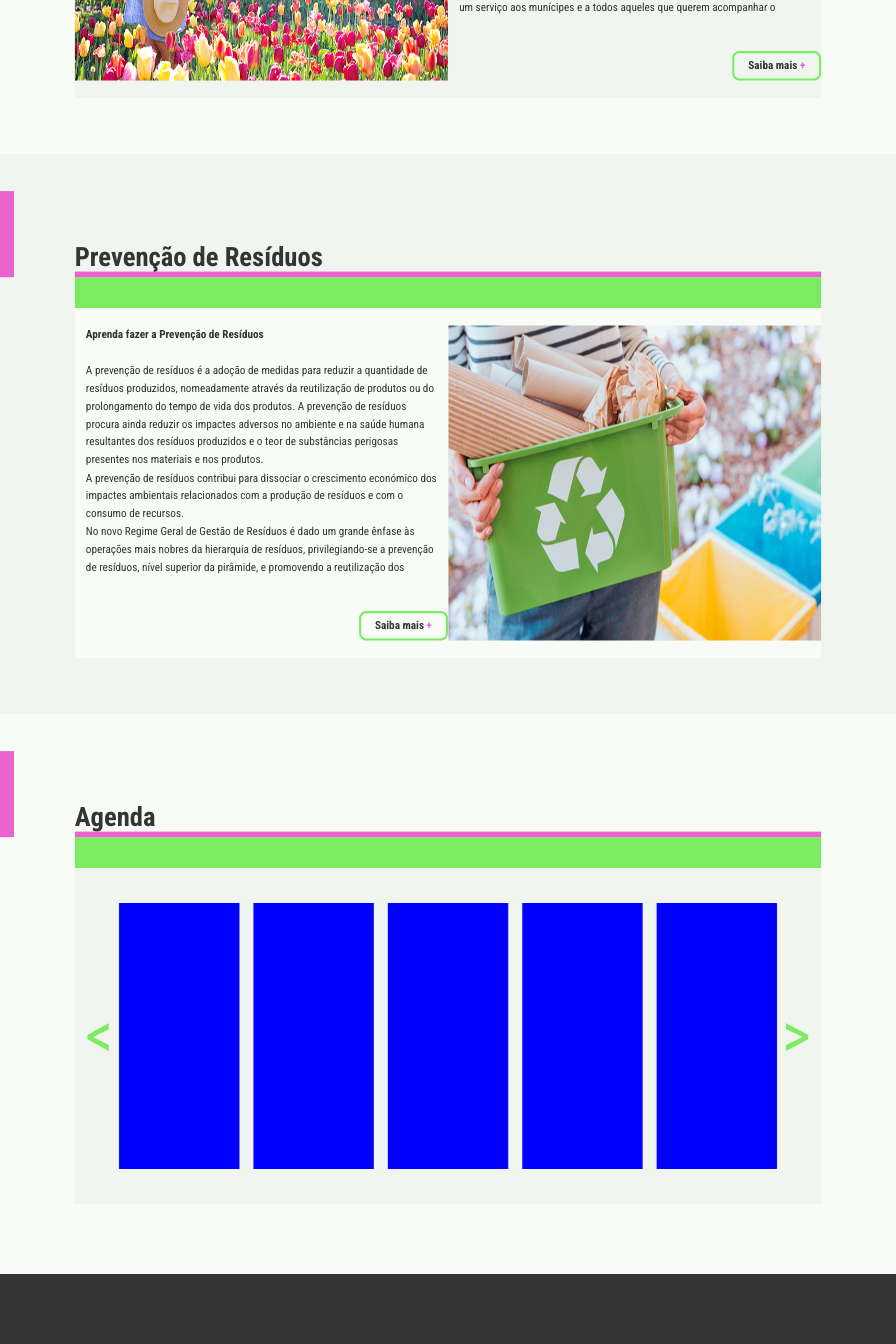
Repository: Goulart94/CmVilaFeliz
Page: index.html
An editor plug-in stored every save of this project. The page is shown before and after the next save, followed by the edit.
The browser window is 1280 px wide. The pictures show the part of the page from y = 3640 to 5560 px (the page is 5560 px tall), at 70% of full size.
The style sheet was rebuilt from its Sass, Less or Tailwind sources for each picture, by a compiler version that may differ from the author's.

Above is the page before, as saved 2022-05-16 14:33:52.

After the next save:
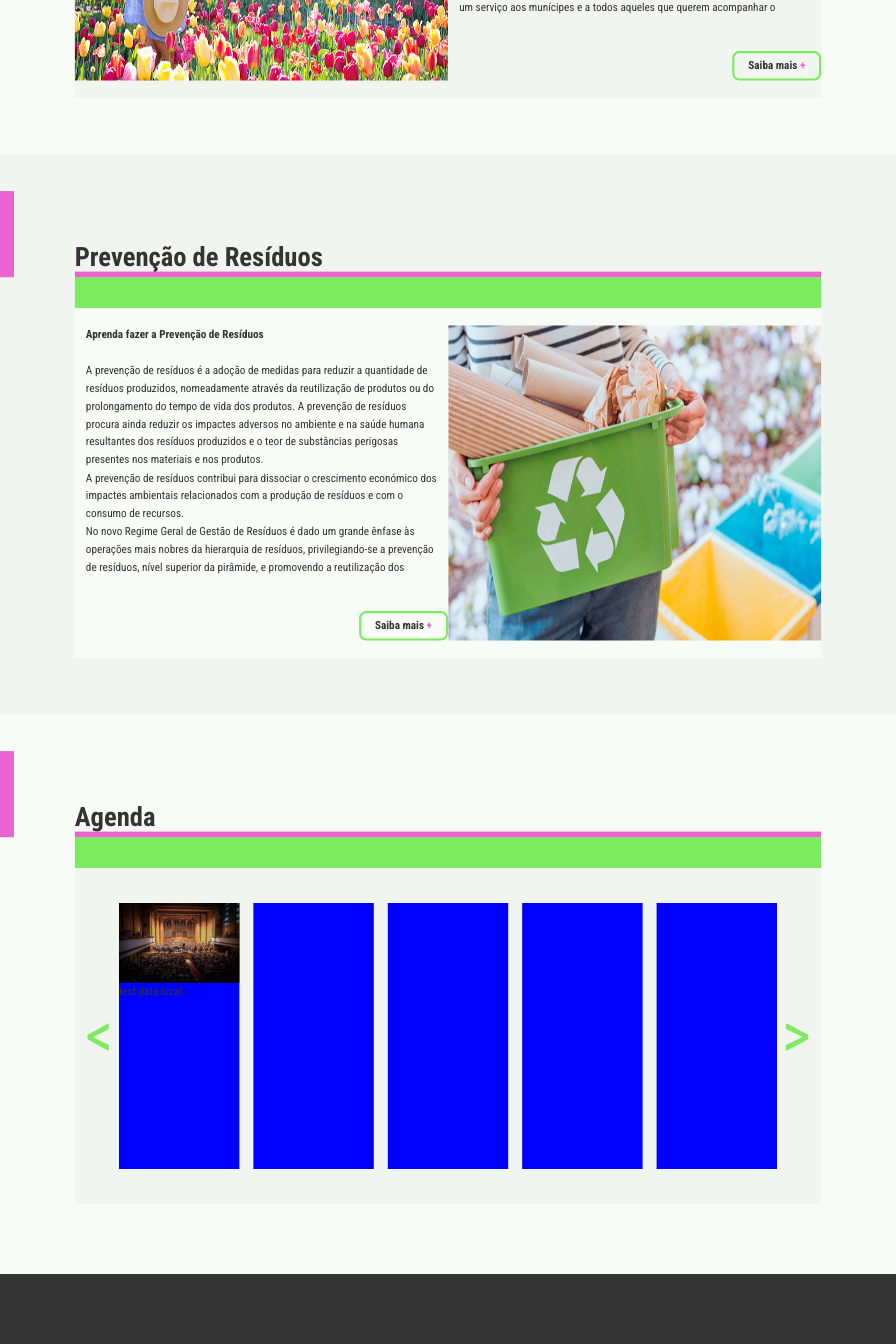
Saved 3 min 55 s later.
--- a/index.html
+++ b/index.html
@@ -371,7 +371,16 @@
             <button class="orbit-next cell small-3"><span class="buttomNextSlider"> > </span></button>
             <li class="is-active orbit-slide">
               <div class="contentSlider">
-                <div class="news"></div>
+                <div class="news">
+                   <img src="./images/teste1.jpg" alt=" news">
+                   <div>
+                     <span>test</span>
+                     <span>data</span>
+                     <span>local</span>
+                   </div>
+
+
+                </div>
                 <div class="news"></div>
                 <div class="news"></div>
                 <div class="news"></div>
